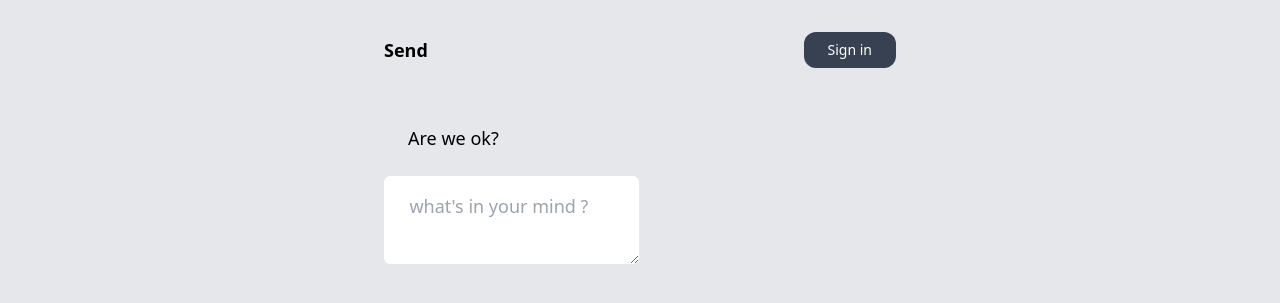
Repository: fatemesoleymanian/react
Page: / (app in next--experimental/postit/)
An editor plug-in stored every save of this project. The page is shown before and after the next save, followed by the edit.
The browser window is 1280 px wide. The pictures show the whole page.
The page's requests for data from a server got no answer. The project was rebuilt for these pictures with package versions that can differ from the ones it lists, and the page was loaded fresh each time. The framework's server and built-in components were replaced by stand-ins that run in the browser. No one was signed in, and anything a server would have sent is missing. Also part of the build but not shown: next--experimental/postit/next.config.js, next--experimental/postit/app/components/auth/Logged.tsx.

Above is the page before, as saved 2023-02-26 15:49:26.

After the next save:
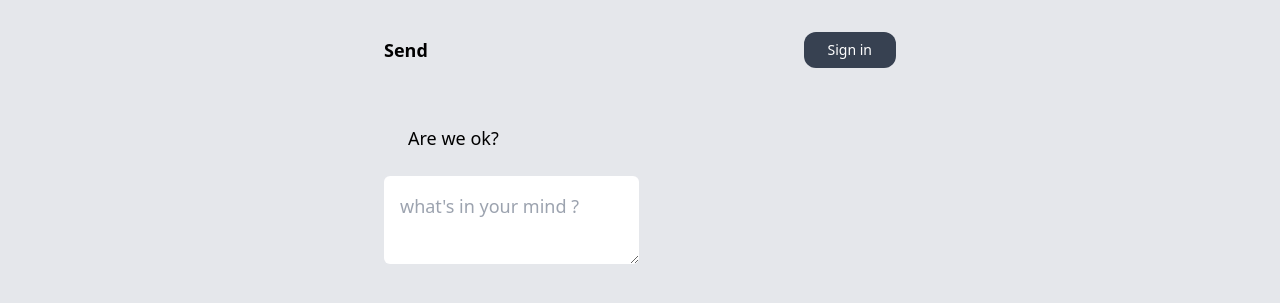
Saved 6 s later.
--- a/next--experimental/postit/app/components/AddPost.tsx
+++ b/next--experimental/postit/app/components/AddPost.tsx
@@ -11,7 +11,7 @@ export default function AddPost(){
                 <textarea name="title " id="title"
                 value={title}
                 onChange={(e)=> setTitle(e.target.value) }
-                placeholder="  what's in your mind ? "
+                placeholder="what's in your mind ? "
                 className="p-4 text-lg rounded-md">
                 </textarea>
             </div>
